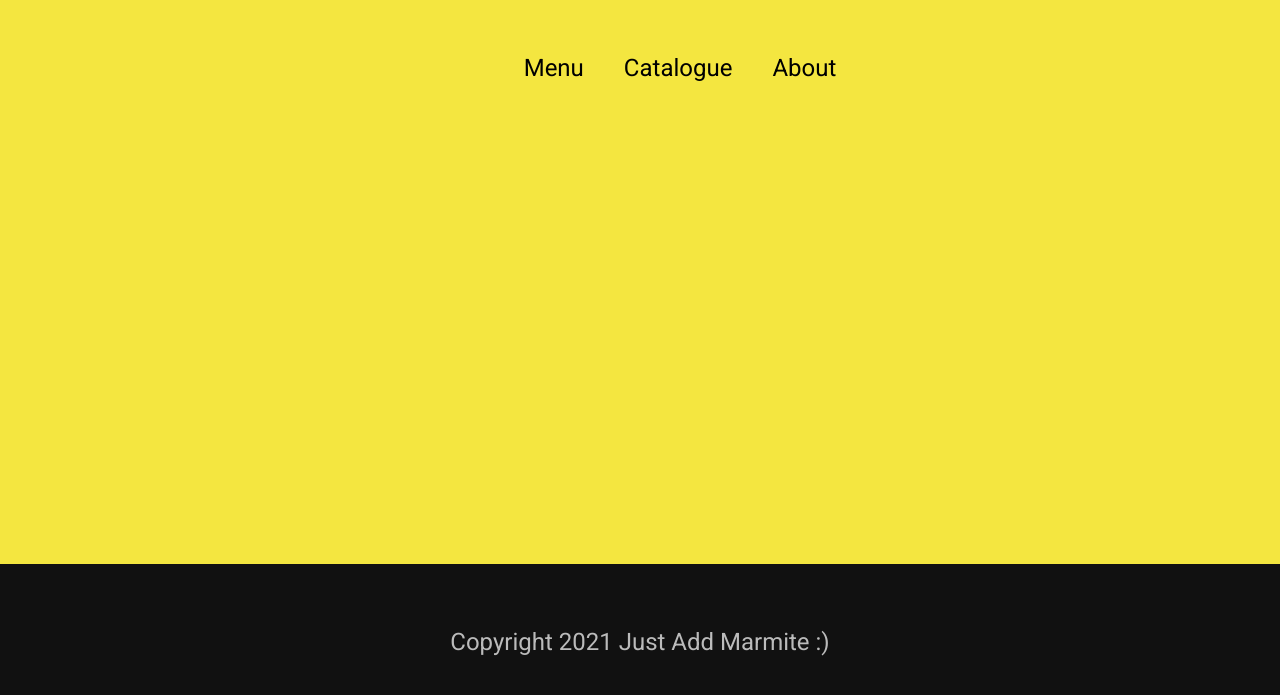
Repository: Fauzaanmhmd/Skripsi
Page: /about
These files come from the project's save history. The page is drawn as it stood at one moment and after the next save; the edit follows.
The browser window is 1280 px wide. The pictures show the whole page.
The project was rebuilt for these pictures with package versions that can differ from the ones it lists, and the page was loaded fresh each time. The framework's server and built-in components were replaced by stand-ins that run in the browser. Also part of the build but not shown: next.config.js.

Above is the page before, as saved 2021-05-24 21:52:54.

### pages/about/index.js
import Layout from "../../components/Layout"

export default function About({ recipes }) {
    return (
        <Layout>
        </Layout>

    )
}

### styles/globals.css
@import url('https://fonts.googleapis.com/css2?family=Roboto:ital,wght@0,100;0,300;0,400;0,500;0,700;0,900;1,100;1,300;1,400;1,500;1,700;1,900&display=swap');

body {
  background: #F4E640;
  margin: 0;
  font-family: 'Roboto';
  font-size: 1.5em;
}
.layout {
  min-height: 100vh;
  display: flex;
  flex-direction: column;
}
header {
  text-align: center;
}
header a {
  text-decoration: none;
  color: black;
  text-transform: uppercase;
  display: inline-block;
}
header h1, header h2 {
  margin: 0;
}
header span {
  display: block;
  line-height: 1em;
}
header span:first-child {
  font-size: 1em;
  font-weight: 400;
}
header span:last-child {
  font-size: 1.5em;
  font-weight: 800;
}
header h2 {
  font-size: 1.2em;
  font-weight: 400;
}
footer {
  background: #111;
  color: #bbb;
  padding: 40px;
  text-align: center;
  margin-top: auto
}
.page-content {
  max-width: 1200px;
  margin: 20px auto 80px;
  padding: 0 20px;
  width: 100%;
  box-sizing: border-box;
}

.navbar {
  display: flex;
  justify-content: center;
  padding: 10px 20px;
  align-items: center;
  background-color: #F4E640;
  flex-direction: column-reverse;
  position: fixed;
  z-index: 999;
  width: 100%;
}

ul{
  list-style-type: none;
  display: flex;
}

li {
  margin: 20px;
  cursor: pointer;
  border-bottom: 2px solid #F4E640;
}
li:hover {
background-color: transparent;
border-bottom: 2px solid black;
}
.navimg{
  position: absolute;
  left: 20px;
}
.zoom:hover {
  -ms-transform: scale(1.5); /* IE 9 */
  -webkit-transform: scale(1.5); /* Safari 3-8 */
  transform: scale(1.5);
  transition: transform .9s;
}

img {
  width: 550px;
  height: 380px;
  margin: 10px 30px 0px 30px;
  padding: 10px 20px 0px 20px;
  display: flex;
  justify-content: center;
  align-items: center;
  position: relative;
  cursor: pointer;
}

img:hover {
  -ms-transform: scale(1.1); /* IE 9 */
  -webkit-transform: scale(1.1); /* Safari 3-8 */
  transform: scale(1.1);
  transition: transform .9s;
}

.image {
  display: grid;
  grid-template-columns: repeat(2,minmax(0,1fr));
  grid-gap: .5rem;
  padding: 0 50px;
}

.button {
  cursor : pointer;
  margin: 0 30px;
  padding: 0 20px;
  width: 100px;
}

.button {
  cursor: pointer;
    margin-bottom: 30px;
    margin-top: 30px;
    margin-left: 0px;
    margin-right: 0px;
    padding-top: 10px;
    padding-bottom: 10px;
    border-top-width: 2px;
    border-bottom-width: 2px
}

.img-bg {
  display: flex;
  background-color: white;
  flex-direction: column;
  justify-content: center;
  align-items: center;
  width: 65%;
  height: 150px;
  margin: -50px 0px 40px 90px;
}

.zoom-dropdown:hover {
  -ms-transform: scale(1.5); /* IE 9 */
  -webkit-transform: scale(1.5); /* Safari 3-8 */
  transform: scale(1.5);
  transition: transform .9s;
}

.zoom_wrapper {
  margin-top: 150px;
  width: 100%;
  text-align: center;
}

### components/Layout.js
import Link from 'next/link'
import Navbar from './Navbar'

export default function Layout({ children }) {

  return (
    <div className="layout">
      <header>
        <Navbar />
      </header>

      <div className="page-content">
        {children}
      </div>



      <footer>
        <p>Copyright 2021 Just Add Marmite :)</p>
      </footer>
    </div >
  )
}

### components/Navbar.js
import Link from 'next/link'

const Navbar = props => {
    return (
        <div className="navbar">
            <ul className="navbar_menu">
                <Link href="/">
                    <li className="zoom">Menu</li>
                </Link>
                <Link href="/catalogue">
                    <li className="zoom-dropdown">Catalogue</li>
                </Link>
                <Link href="/about">
                    <li className="zoom">About</li>
                </Link>
            </ul>
        </div>
    )
}

export default Navbar

Loaded but not shown: pages/_app.js (common file)

After the next save:
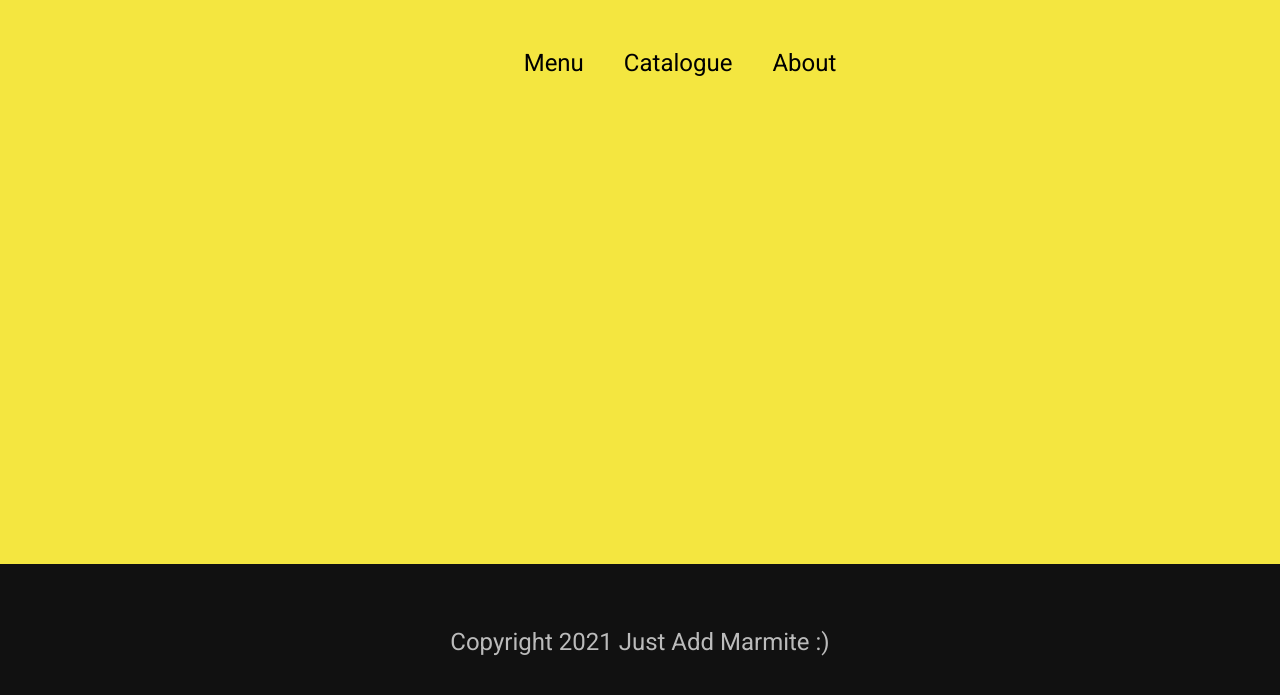
Saved 21 min 54 s later.
--- a/styles/globals.css
+++ b/styles/globals.css
@@ -57,7 +57,7 @@ footer {
 .navbar {
   display: flex;
   justify-content: center;
-  padding: 10px 20px;
+  padding: 5px 20px;
   align-items: center;
   background-color: #F4E640;
   flex-direction: column-reverse;
